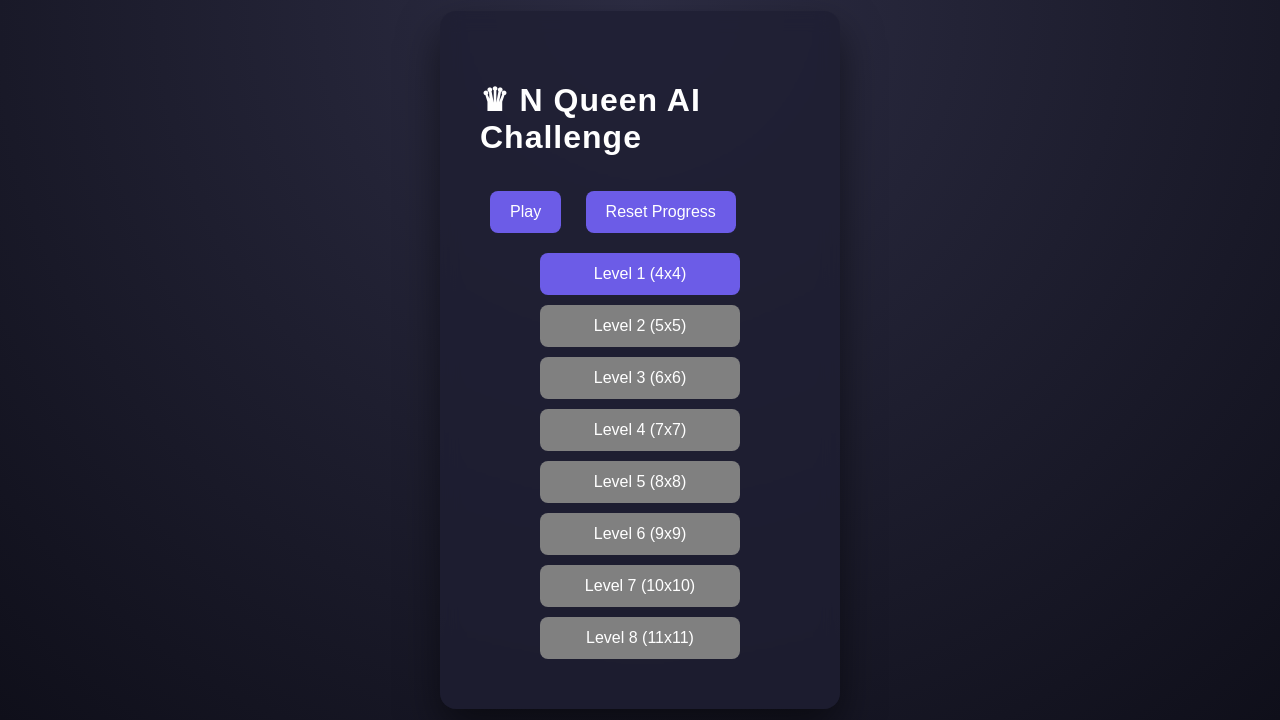
Repository: lissaintech/NQueen
Page: index.html
These files come from the project's save history. The page is drawn as it stood at one moment and after the next save; the edit follows.
The browser window is 1280 px wide. The pictures show the whole page.

Above is the page before, as saved 2026-03-08 19:12:39.

After the next save:
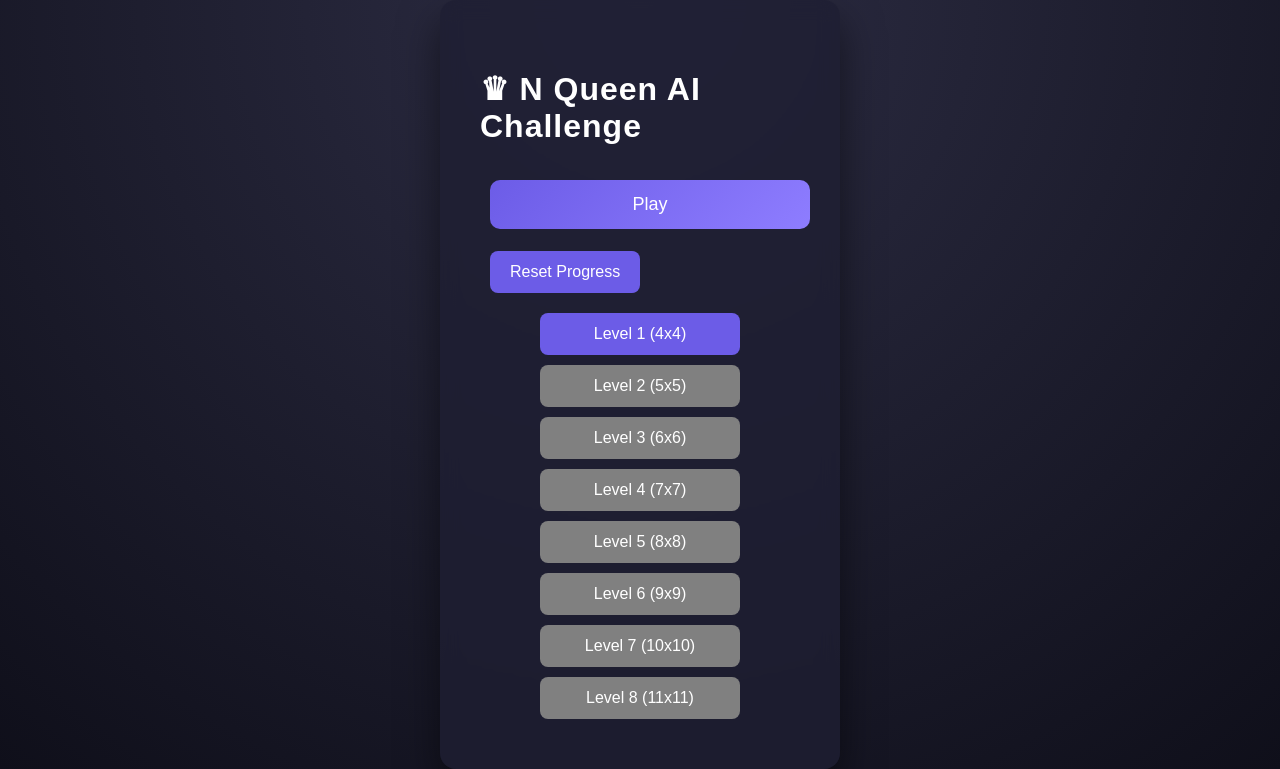
Saved 6 s later.
--- a/style.css
+++ b/style.css
@@ -159,3 +159,32 @@ margin-bottom:25px;
 letter-spacing:1px;
 
 }
+
+
+.playBtn{
+
+width:100%;
+
+padding:14px;
+
+font-size:18px;
+
+background:linear-gradient(135deg,#6c5ce7,#8e7dff);
+
+border:none;
+
+border-radius:10px;
+
+margin-bottom:12px;
+
+cursor:pointer;
+
+}
+
+.playBtn:hover{
+
+transform:translateY(-2px);
+
+box-shadow:0 8px 20px rgba(0,0,0,0.4);
+
+}
